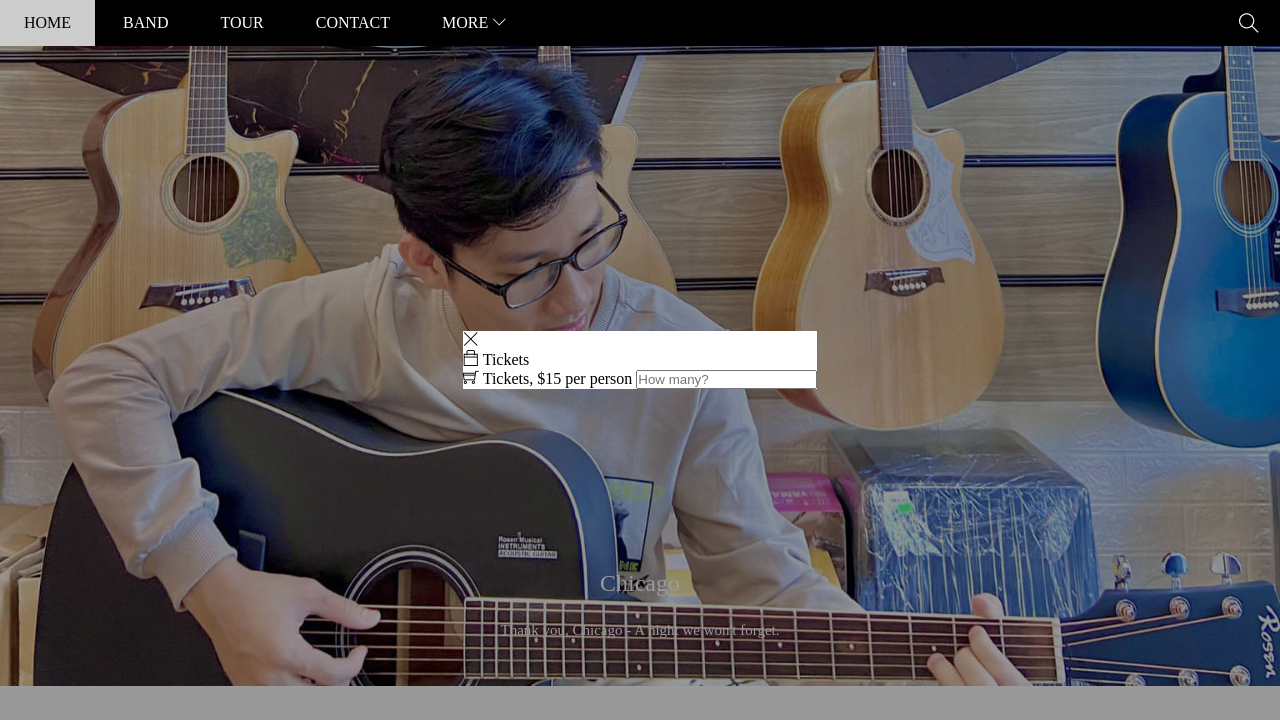
Repository: quochung2k3/Web-Team
Page: index.html
An editor plug-in stored every save of this project. The page is shown before and after the next save, followed by the edit.
The browser window is 1280 px wide. The pictures show the window.
A layer covers the whole window, so only the first screen is drawn.

Above is the page before, as saved 2023-08-14 19:09:08.

### index.html
<!DOCTYPE html>
<html lang="en">
<head>
    <meta charset="UTF-8">
    <meta name="viewport" content="width=device-width, initial-scale=1.0">
    <title>Web The Band</title>
    <link rel="stylesheet" href="./assets/css/style.css">
    <link rel="stylesheet" href="./assets/fonts/themify-icons/themify-icons.css">
</head>
<body>
    <div id="wrapper">
        <div id="header">
            <ul id="nav">
                <li><a href="">Home</a></li>
                <li><a href="">Band</a></li>
                <li><a href="">Tour</a></li>
                <li><a href="">Contact</a></li>
                <li>
                    <a href="">
                        More
                        <i class="nav-arrow-down ti-angle-down"></i>
                    </a>
                    <ul class="subnav">
                        <li><a href="">Merchandise</a></li>
                        <li><a href="">Extras</a></li>
                        <li><a href="">Media</a></li>
                    </ul>
                </li>
            </ul>
            <div class="search-button">
                <i class="search-icon ti-search"></i>
            </div>
        </div>

        <div id="slider">
            <div class="text-content">
                <h2 class="text-heading">Chicago</h2>
                <div class="text-description">Thank you, Chicago - A night we won't forget.</div>
            </div>
        </div>

        <div id="content">
            <div class="content-section">
                <h2 class="section-heading">THE BAND</h2>
                <p class="section-sub-heading">We love music</p>
                <p class="about-text">
                    We have created a fictional band website. Lorem ipsum dolor sit amet, consectetur adipiscing elit, sed do eiusmod tempor incididunt ut labore et dolore magna aliqua. Ut enim ad minim veniam, quis nostrud exercitation ullamco laboris nisi ut aliquip ex ea commodo consequat. Duis aute irure dolor in reprehenderit in voluptate velit esse cillum dolore eu fugiat nulla pariatur. Excepteur sint occaecat cupidatat non proident, sunt in culpa qui officia deserunt mollit anim id est laborum consectetur adipiscing elit, sed do eiusmod tempor incididunt ut labore et dolore magna aliqua. Ut enim ad minim veniam, quis nostrud exercitation ullamco laboris nisi ut aliquip ex ea commodo consequat.

                </p>
                <div class="member-list">
                    <div class="member-items">
                        <p class="member-name">Name</p>
                        <img src="./assets/img/slider2.jpg" alt="" class="member-img">
                    </div>

                    <div class="member-items">
                        <p class="member-name">Name</p>
                        <img src="./assets/img/slider2.jpg" alt="" class="member-img">
                    </div>

                    <div class="member-items">
                        <p class="member-name">Name</p>
                        <img src="./assets/img/slider2.jpg" alt="" class="member-img">
                    </div>
                    <div class="clear"></div>
                </div>
            </div>
            <div class="tour-section">
                <div class="content-section">
                    <h2 class="section-heading text-white">TOUR DATES</h2>
                    <p class="section-sub-heading text-white">Remember to book your tickets!</p>
                    <ul class="tickets-list">
                        <li>September <span class="sold-out">Sold out</span></li>
                        <li>October <span class="sold-out">Sold out</span></li>
                        <li>November <span class="quantity">3</span></li>
                    </ul>
                    <div class="places-List">
                        <div class="place-items">
                            <img src="./assets/img/slider1.jpg" alt="New York" class="place-img">
                            <div class="place-body">
                                <h3 class="place-heading">New York</h3>
                                <p class="place-time">Fri 27 Nov 2016</p>
                                <p class="place-description">Lorem ipsum dolor sit amet consectetur adipisicing.</p>
                                <a href="" class="place-buy-btn">Buy Tickets</a>
                            </div>
                        </div>

                        <div class="place-items">
                            <img src="./assets/img/slider1.jpg" alt="New York" class="place-img">
                            <div class="place-body">
                                <h3 class="place-heading">New York</h3>
                                <p class="place-time">Fri 27 Nov 2016</p>
                                <p class="place-description">Lorem ipsum dolor sit amet consectetur adipisicing.</p>
                                <a href="" class="place-buy-btn">Buy Tickets</a>
                            </div>
                        </div>

                        <div class="place-items">
                            <img src="./assets/img/slider1.jpg" alt="New York" class="place-img">
                            <div class="place-body">
                                <h3 class="place-heading">New York</h3>
                                <p class="place-time">Fri 27 Nov 2016</p>
                                <p class="place-description">Lorem ipsum dolor sit amet consectetur adipisicing.</p>
                                <a href="" class="place-buy-btn">Buy Tickets</a>
                            </div>
                        </div>
                        <div class="clear"></div>
                    </div>
                </div>
            </div>
        </div>

        <div id="footer">

        </div>

        <div class="modal">
            <div class="modal-container">
                <div class="modal-close">
                    <i class="ti-close"></i>
                </div>
                <header class="modal-header">
                    <i class="ti-bag"></i>
                    Tickets
                </header>

                <div class="modal-body">
                    <label for="" class="modal-label">
                        <i class="ti-shopping-cart"></i>
                        Tickets, $15 per person
                    </label>
                    <input type="text" class="modal-input" placeholder="How many?">
                </div>
            </div>
        </div>
    </div>
</body>
</html>

### assets/css/style.css
* {
    margin: 0;
    padding: 0;
    box-sizing: border-box;
}

.html {
    font-family: Arial, Helvetica, sans-serif;
}

.clear {
    clear: both;
}

.text-white {
    color: #fff !important;
}

#wrapper {

}

#header {
    position: fixed;
    top: 0;
    left: 0;
    right: 0;
    background-color: #000;
    height: 46px;
    z-index: 1;
}

#nav {
    display: inline-block;
}

#nav .subnav {
    list-style-type: none;
}

#nav > li {
    display: inline-block;
}

#nav li {
    position: relative;
}

#nav > li > a {
    color: #fff;
    text-transform: uppercase;
}

#nav li a {
    text-decoration: none;
    line-height: 46px;
    padding: 0 24px;
    display: block;
}

#nav li:hover .subnav {
    display: block;
}

#nav > li:hover > a,
#nav .subnav li:hover a {
    background-color: #ccc;
    color: #000;
}

#nav .subnav {
    display: none;
    min-width: 160px;
    top: 100%;
    left: 0;
    position: absolute;
    background-color: #fff;
    box-shadow: 0 0 10px rgba(0, 0, 0, 0.3);
}

#nav .subnav a {
    color: #000;
    padding: 0 12px;
    line-height: 38px;
}

#nav .nav-arrow-down {
    font-size: 14px;
}

#header .search-button {
    float: right;
    padding: 0 21px;
}

#header .search-icon {
    color: #fff;
    font-size: 20px;
    line-height: 46px;
}

#header .search-button:hover {
    background-color: #f44336;
    cursor: pointer;
}

#slider {
    margin-top: 46px;
    padding-top: 50%;
    background-image: url(../img/slider3.jpg);
    background-repeat: no-repeat;
    background-size: cover;
    background-position: top center;
    position: relative;
}

#slider .text-content {
    position: absolute;
    bottom: 47px;
    color: #fff;
    width: 100%;
    text-align: center;
}

#slider .text-heading {
    font-weight: 500;
    font-size: 24px;
}

#slider .text-description {
    font-size: 15px;
    margin-top: 25px;
}

#content {

}

#content .content-section {
    width: 800px;
    margin: 0 auto;
    padding: 64px 0;
}

#content .section-heading {
    font-size: 30px;
    font-weight: 500;
    text-align: center;
    letter-spacing: 4px;
}

#content .section-sub-heading {
    font-size: 15px;
    font-style: italic;
    text-align: center;
    margin-top: 25px;
    opacity: 0.6;
}

#content .about-text {
    font-size: 15px;
    margin-top: 25px;
    text-align: justify;
    line-height: 1.4;
}

#content .member-list {
    margin-top: 48px;
}

#content .member-items {
    float: left;
    width: calc(100%/3);
    text-align: center;
}

#content .member-name {
    font-size: 15px;
}

#content .member-img {
    margin-top: 15px;
    width: 154px;
    border-radius: 4px;
}

.tour-section {
    background-color: #000;
}

.tickets-list {
    background-color: #fff;
    margin-top: 40px;
}

.tickets-list li {
    font-size: 15px;
    list-style: none;
    padding: 11px 16px;
    border-bottom: 1px solid #ddd;
    color: #757575;
}

.tickets-list .sold-out {
    background-color: #f44336;
    color: #fff;
    padding: 3px 4px;
    margin-left: 16px;
}

.tickets-list .quantity {
    float: right;
    width: 24px;
    height: 24px;
    background-color: #000;
    color: #fff;
    border-radius: 50%;
    text-align: center;
    line-height: 24px;
    margin-top: -3px;
}

.places-List {
    margin: 32px -8px 0;
    padding-bottom: 48px;
}

.place-items {
    float: left;
    width: 33.33333%;
    padding: 0 8px;
}

.place-img {
    width: 100%;
    display: block;
}

.place-img:hover {
    opacity: 0.6;
}

.place-body {
    background-color: #fff;
    font-size: 15px;
    padding: 16px;
}

.place-heading {
    font-size: 15px;
    font-weight: 600;
}

.place-time {
    margin-top: 15px;
    color: #757575;
}

.place-description {
    margin-top: 15px;
    line-height: 1.4;
}

.place-buy-btn {
    margin-top: 15px;
    text-decoration: none;
    color: #fff;
    background-color: #000;
    padding: 11px 16px;
    display: inline-block;
}

.place-buy-btn:hover {
    color: #000;
    background-color: #ccc;
}

#footer {

}

.modal {
    position: fixed;
    top: 0;
    right: 0;
    bottom: 0;
    left: 0;
    background: rgba(0, 0, 0, 0.4);
    display: flex;
    align-items: center;
    justify-content: center;
}

.modal-container {
    background-color: #fff;
}

.modal-close {

}

.ti-close {

}

.modal-header {

}

.ti-bag {

}

.modal-body {

}

.modal-label {

}

.ti-shopping {

}

.modal-input {

}

Loaded but not shown: assets/fonts/themify-icons/themify-icons.css (common file)

After the next save:
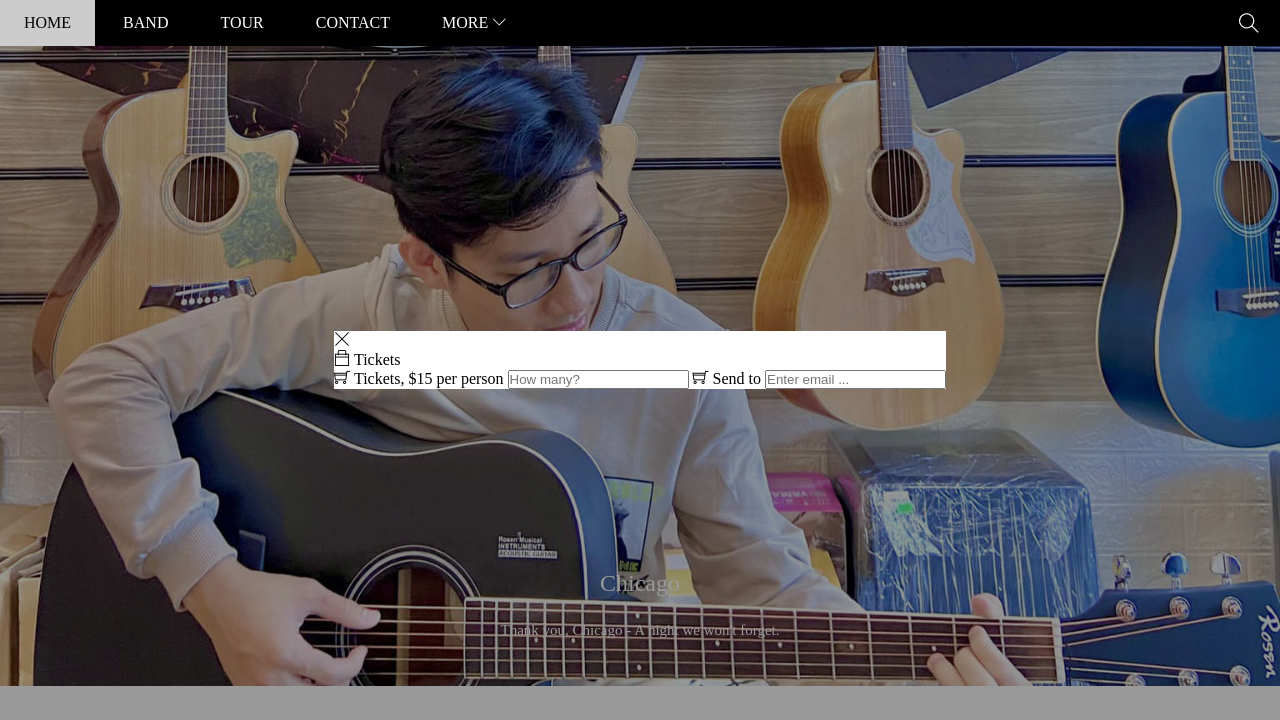
Saved 3 s later.
--- a/index.html
+++ b/index.html
@@ -130,6 +130,12 @@
                         Tickets, $15 per person
                     </label>
                     <input type="text" class="modal-input" placeholder="How many?">
+
+                    <label for="" class="modal-label">
+                        <i class="ti-shopping-cart"></i>
+                        Send to
+                    </label>
+                    <input type="text" class="modal-input" placeholder="Enter email ...">
                 </div>
             </div>
         </div>
